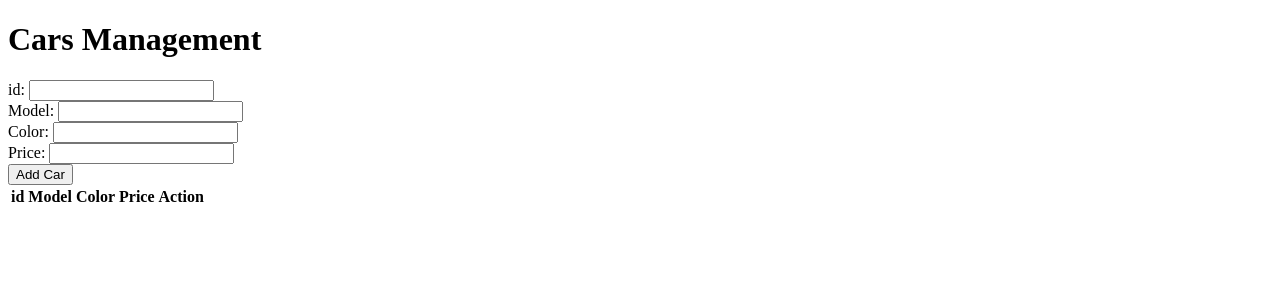
Repository: akshayambulgekar/TrainingProject
Page: Cars/Cars/src/main/resources/static/index.html
These files come from the project's save history. The page is drawn as it stood at one moment and after the next save; the edit follows.
The browser window is 1280 px wide. The pictures show the whole page.
The page's requests for data from a server got no answer.

Above is the page before, as saved 2023-07-24 09:04:38.

After the next save:
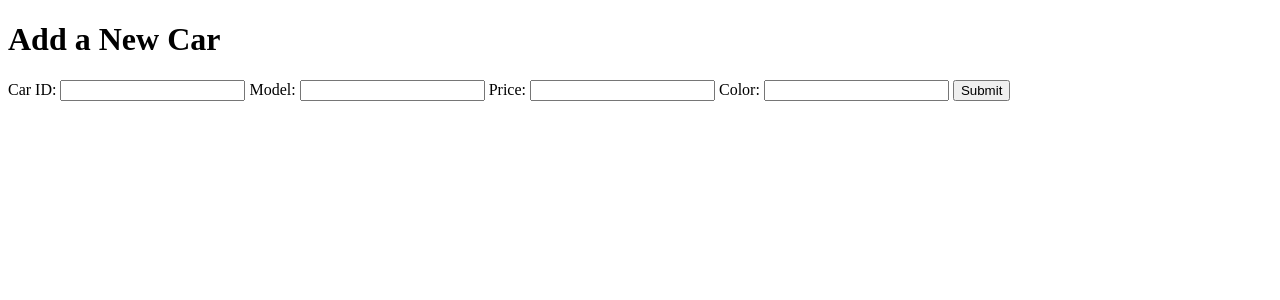
Saved 5 min 10 s later.
--- a/Cars/Cars/src/main/resources/static/index.html
+++ b/Cars/Cars/src/main/resources/static/index.html
@@ -1,109 +1,74 @@
 <!DOCTYPE html>
 <html>
 <head>
-    <title>Cars Management</title>
+    <title>Car Form</title>
+
+
+
 </head>
 <body>
-    <h1>Cars Management</h1>
-
-    <form id="addCarForm">
-        <label for="id">id:</label>
-        <input type="text" id="id" name="id" required><br>
+    <h1>Add a New Car</h1>
+    <form id="carForm" action="/api/cars" method="post">
+        <label for="carId">Car ID:</label>
+        <input type="number" id="carId" name="carId" required>
 
         <label for="model">Model:</label>
-        <input type="text" id="model" name="model" required><br>
-
-        <label for="year">Color:</label>
-        <input type="text" id="color" name="color" required><br>
+        <input type="text" id="model" name="model" required>
 
         <label for="price">Price:</label>
-        <input type="number" id="price" name="price" required><br>
+        <input type="number" id="price" name="price" required>
 
-        <input type="submit" value="Add Car">
+        <label for="color">Color:</label>
+        <input type="text" id="color" name="color" required>
+
+        <input type="submit" value="Submit">
     </form>
 
-    <table id="carsTable">
-        <tr>
-            <th>id</th>
-            <th>Model</th>
-            <th>Color</th>
-            <th>Price</th>
-            <th>Action</th>
-        </tr>
-    </table>
+
+
 
     <script>
-        // Function to fetch all cars from the API and populate the table
-        function fetchCars() {
-            fetch('/api/cars')
-                .then(response => response.json())
-                .then(cars => {
-                    const tableBody = document.querySelector('#carsTable');
-                    tableBody.innerHTML = '';
+    document.getElementById("carForm").addEventListener("submit", function (event) {
+        event.preventDefault(); // Prevent form submission to handle it manually
 
-                    cars.forEach(car => {
-                        const row = `
-                            <tr>
-                                <td>${car.carId}</td>
+        // Client-side validation
+        let carId = document.getElementById("carId").value;
+        let model = document.getElementById("model").value;
+        let price = document.getElementById("price").value;
+        let color = document.getElementById("color").value;
 
-                                <td>${car.model}</td>
-                                <td>${car.color}</td>
-                                <td>${car.price}</td>
-                                <td><button onclick="deleteCar(${car.id})">Delete</button></td>
-                            </tr>
-                        `;
-                        tableBody.insertAdjacentHTML('beforeend', row);
-                    });
-                });
+        if (!carId || !model || !price || !color) {
+            alert("Please fill all the fields.");
+            return;
         }
 
-        // Function to add a new car
-        function addCar(event) {
-            event.preventDefault();
+        // Form data
+        let formData = {
+            carId: parseInt(carId),
+            model: model,
+            price: parseInt(price),
+            color: color,
+        };
 
-            const id = document.getElementById('id').value;
-            const model = document.getElementById('model').value;
-            const color = document.getElementById('color').value;
-            const price = document.getElementById('price').value;
+        // Send the form data to the Spring Boot backend
+        fetch('/api/cars', {
+            method: 'POST',
+            headers: {
+                'Content-Type': 'application/json',
+            },
+            body: JSON.stringify(formData),
+        })
+        .then(response => response.json())
+        .then(data => {
+            alert("Car added successfully!");
+            // Optionally, you can perform additional actions on success, like displaying a success message or redirecting the user.
+        })
+        .catch(error => {
+            alert("Failed to add car. Please try again later.");
+            // Handle error if necessary.
+        });
+    });
+</script>
 
-            const car = {
-                id: id,
-                model: model,
-                color: color,
-                price: price
-            };
-
-            fetch('/api/cars', {
-                method: 'POST',
-                headers: {
-                    'Content-Type': 'application/json'
-                },
-                body: JSON.stringify(car)
-            })
-            .then(response => response.json())
-            .then(newCar => {
-                console.log('New car added:', newCar);
-                fetchCars(); // Refresh the table after adding a new car
-            });
-        }
-
-        // Function to delete a car by its ID
-        function deleteCar(carId) {
-            fetch(`/api/cars/${carId}`, {
-                method: 'DELETE'
-            })
-            .then(response => response.json())
-            .then(data => {
-                console.log(data);
-                fetchCars(); // Refresh the table after deleting a car
-            });
-        }
-
-        // Add event listener to the form submit event
-        document.getElementById('addCarForm').addEventListener('submit', addCar);
-
-        // Fetch cars when the page loads
-        fetchCars();
-    </script>
 </body>
 </html>
